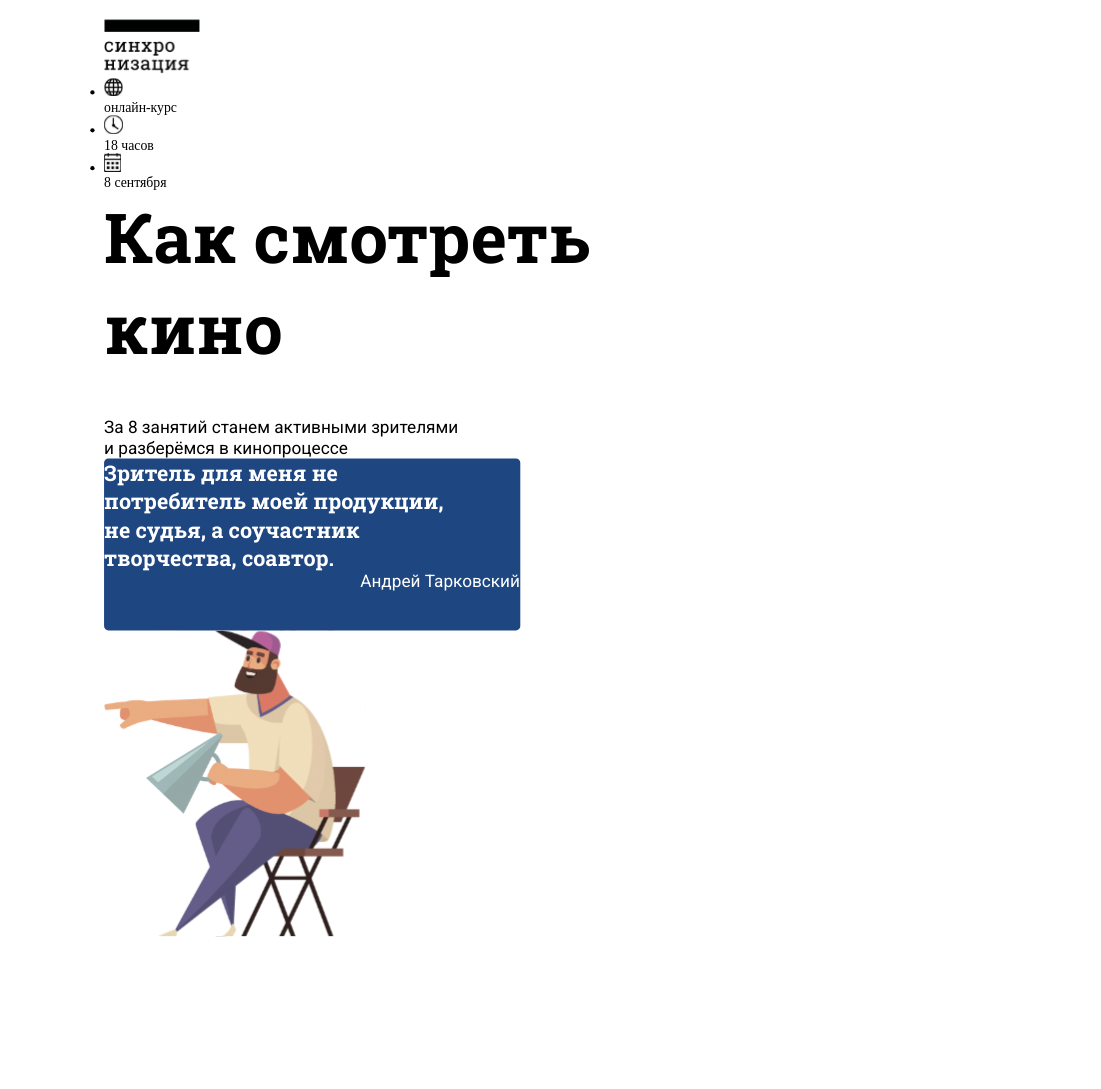
Repository: kubrazamanova/project1
Page: index.html
An editor plug-in stored every save of this project. The page is shown before and after the next save, followed by the edit.
The browser window is 1280 px wide. The pictures show the whole page, at 86% of full size.

Above is the page before, as saved 2023-09-09 12:44:25.

### index.html
<!DOCTYPE html>
<html lang="en">

<head>
  <meta charset="UTF-8" />
  <meta name="viewport" content="width=device-width, initial-scale=1.0" />
  <title>Document</title>
  <link rel="stylesheet" href="index.css" />
</head>

<body>
  <div class="container">
    <img class="logo-img" src="./images/logo_mobile_black 1 (1).svg" alt="">
<ul>
  <li>
<img src="./images/globe (1).svg" alt="">
<p>онлайн-курс</p>
  </li>
  <li>
    <img src="./images/img_135744 (1).svg" alt="">
    <p>18 часов </p>
  </li>
  <li>
    <img src="./images/calendar_2 (1).svg" alt="">
    <p>8 сентября</p>
  </li>
</ul>



    <div class="text-container">
      <h1>Как смотреть кино</h1>
      <p>За 8 занятий станем активными зрителями и разберёмся в кинопроцессе</p>
    </div>
    <div class="card-box">
      <div class="blue">
        <h1> Зритель для меня не потребитель моей продукции, не судья, а соучастник творчества, соавтор. </h1>
        <br>
        <h2>Андрей Тарковский</h2>
      </div>
    </div>
    <img src="./noroot 1.svg" alt="">
  </div>

</body>
</html>

### index.css
@import url("https://fonts.googleapis.com/css2?family=Roboto+Slab:wght@700&family=Roboto:wght@400;700&display=swap");
* {
  margin: 0;
  padding: 0;
  box-sizing: border-box;
}
.container {
    padding:  21px 246px 173px 121px;
}
.container .logo-img{
    width: 112px;
height: 66px;
}
.container ul
.text-container {
  /* padding: 248px 246px 174px 122px; */
}
.card-box {
  /* padding: 87px 0 173px 409px; */
}

.text-container h1 {
  margin-bottom: 51px;
  width: 628px;
  color: #000;
  font-family: Roboto Slab;
  font-size: 80px;
  font-style: normal;
  font-weight: 700;
}
.text-container p {
  width: 414px;
  color: #000;
  font-family: Roboto;
  font-size: 20px;
  font-style: normal;
  font-weight: 400;
}
 .img {
  width: 304px;
  height: 356px;
}
.blue {
  border-radius: 5px;
  background: #1e4681;
  width: 483.635px;
  height: 200px;
}

.blue h1 {
  width: 430.589px;
  height: 113px;
  color: #fff;
  font-family: Roboto Slab;
  font-size: 25px;
  font-style: normal;
  font-weight: 400;
}
.blue h2 {
  color: #fff;
  text-align: right;
  font-family: Roboto;
  font-size: 20px;
  font-style: normal;
  font-weight: 400;
}

After the next save:
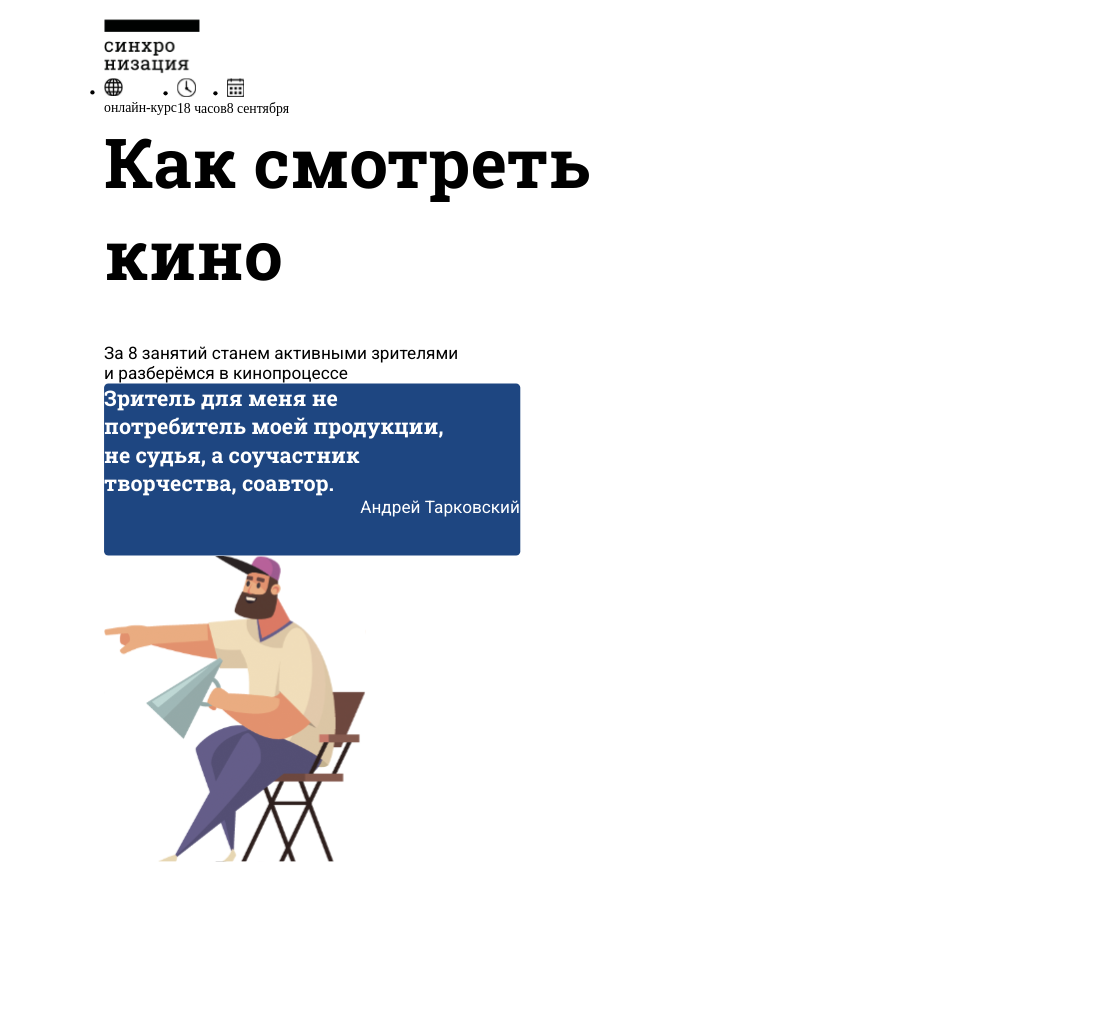
Saved 4 s later.
--- a/index.css
+++ b/index.css
@@ -11,7 +11,9 @@
     width: 112px;
 height: 66px;
 }
-.container ul
+.container ul{
+    display: flex;
+}
 .text-container {
   /* padding: 248px 246px 174px 122px; */
 }

After the 2 saves that followed:
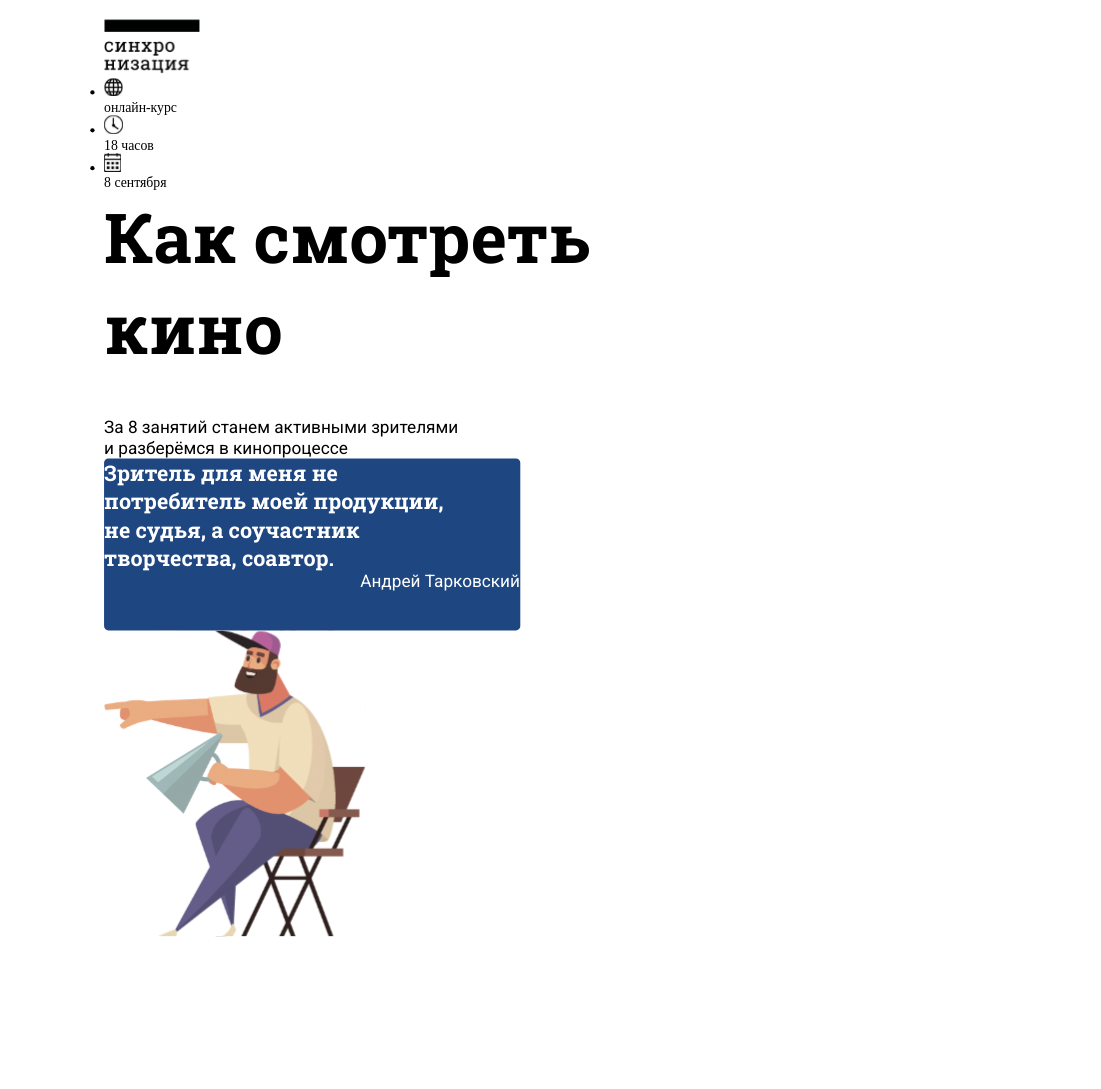
The 2 saves are shown as one change because they came seconds apart.
The last was saved 52 s later.
--- a/index.css
+++ b/index.css
@@ -11,8 +11,11 @@
     width: 112px;
 height: 66px;
 }
-.container ul{
+/* .container ul{
     display: flex;
+} */
+.container ul li{
+
 }
 .text-container {
   /* padding: 248px 246px 174px 122px; */
